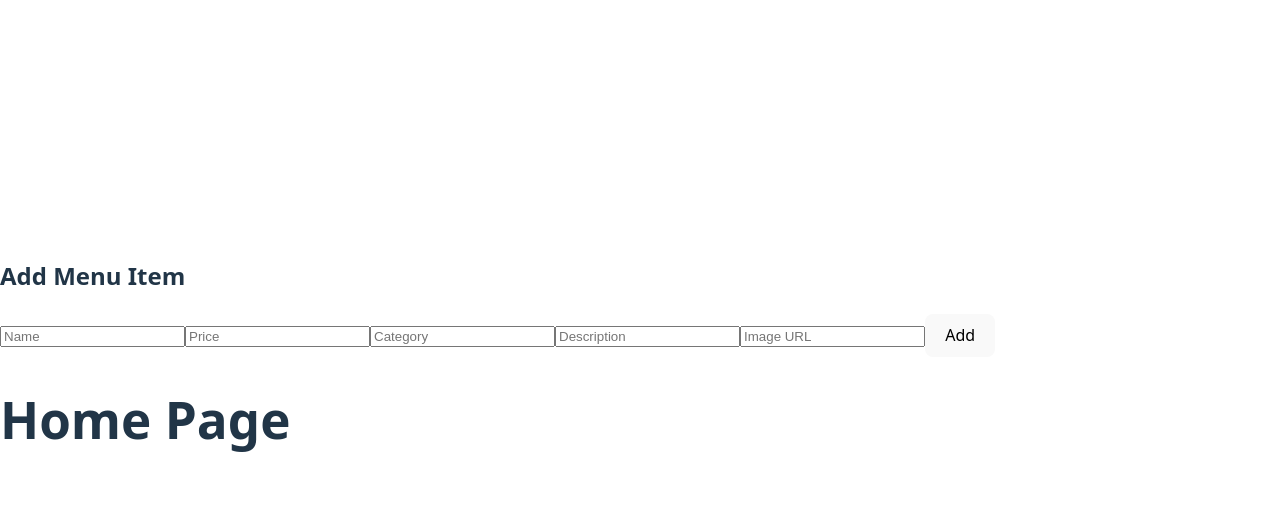
Repository: rushikesh-kolpe21/Hotel
Page: / (app in Admin/)
These files come from the project's save history. The page is drawn as it stood at one moment and after the next save; the edit follows.
The browser window is 1280 px wide. The pictures show the whole page.
The page's requests for data from a server got no answer. The project was rebuilt for these pictures with package versions that can differ from the ones it lists, and the page was loaded fresh each time. No one was signed in, and anything a server would have sent is missing. Also part of the build but not shown: Admin/vite.config.js.

Above is the page before, as saved 2025-12-03 23:35:24.

### Admin/src/App.jsx

import {MenuManagement} from "./Pages/MenuMangement.jsx";
import {Home} from "./Pages/Home.jsx";

function App() {
  return (
    <div>
      <MenuManagement />
      <Home />
    </div>
  );
}

export default App;

### Admin/src/Pages/MenuMangement.jsx
import React, { useState } from "react";
import axios from "axios";

const API = axios.create({
  baseURL: import.meta.env.VITE_API_URL || "http://localhost:5000",
});

export const MenuManagement = () => {
  const [form, setForm] = useState({
    name: "",
    price: "",
    category: "",
    description: "",
    // image: "",
  });

  const onChange = (event) =>
    setForm({ ...form, [event.target.name]: event.target.value }); //

  const onSubmit = async (event) => {
    event.preventDefault();// stop form submission
    try {
      await API.post("/api/menu", form); //
      alert("Menu item added!");
      setForm({ name: "", price: "", category: "", description: "", image: "" });
    } catch (err) {
      alert("Failed to add");
      console.log(err);
    }
  };

  return (
    <div>
      <h2>Add Menu Item</h2>
      <form onSubmit={onSubmit}>
        <input name="name" value={form.name} onChange={onChange} placeholder="Name" required />
        <input name="price" value={form.price} onChange={onChange} placeholder="Price" required />
        <input name="category" value={form.category} onChange={onChange} placeholder="Category" />
        <input name="description" value={form.description} onChange={onChange} placeholder="Description" />
        <input name="image" value={form.image} onChange={onChange} placeholder="Image URL" />
        <button type="submit">Add</button>
      </form>
    </div>
  );
}

### Admin/src/Pages/Home.jsx
import React, { useEffect, useState } from "react";

export const Home = () => {
  const [data, setData] = useState([]);

  useEffect(() => {
    fetch("http://localhost:5000/api/menu") // backend ka API call
      .then((res) => res.json())
      .then((result) => setData(result))
      .catch((err) => console.log(err));
  }, []);

  return (
    <div>
      <h1>Home Page</h1>

      {data.map((item) => (
        <div key={item._id}>
          <h3>{item._id}</h3>
          <h3>{item.name}</h3>
          <h3>{item.price}</h3>
          <h3>{item.category}</h3>
          <h3>{new Date(item.createdAt).toLocaleString()}</h3>
          <p>{item.description}</p>
        </div>
      ))}
    </div>
  );
};

//

Loaded but not shown: Admin/index.html (common file); Admin/src/main.jsx (common file); Admin/src/index.css (common file)

After the next save:
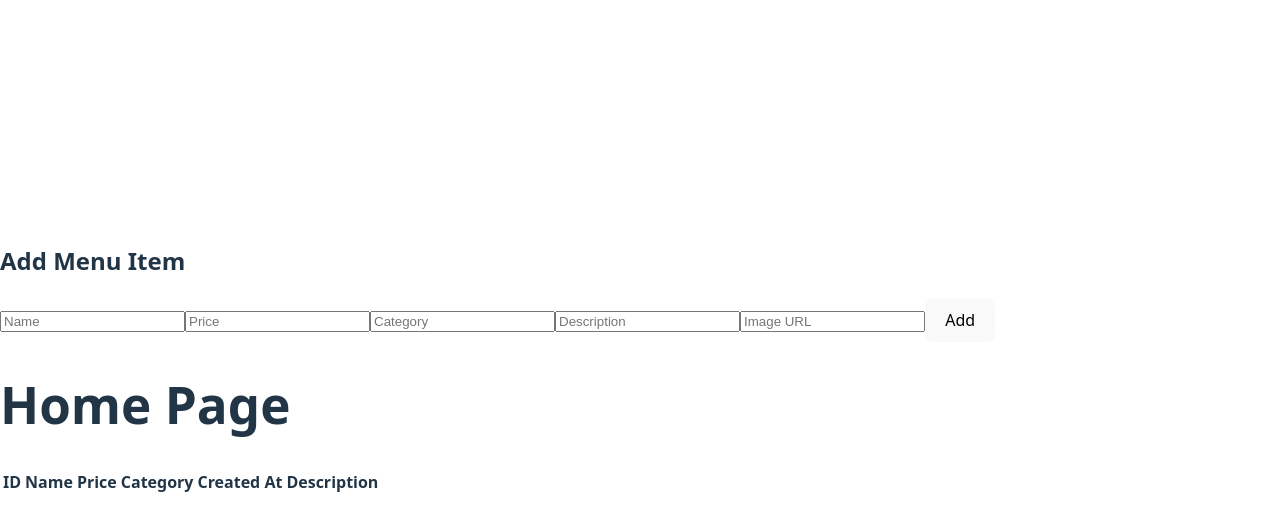
Saved 2 min 41 s later.
--- a/Admin/src/Pages/Home.jsx
+++ b/Admin/src/Pages/Home.jsx
@@ -4,7 +4,7 @@ export const Home = () => {
   const [data, setData] = useState([]);
 
   useEffect(() => {
-    fetch("http://localhost:5000/api/menu") // backend ka API call
+    fetch("http://localhost:5000/api/menu")
       .then((res) => res.json())
       .then((result) => setData(result))
       .catch((err) => console.log(err));
@@ -14,18 +14,31 @@ export const Home = () => {
     <div>
       <h1>Home Page</h1>
 
-      {data.map((item) => (
-        <div key={item._id}>
-          <h3>{item._id}</h3>
-          <h3>{item.name}</h3>
-          <h3>{item.price}</h3>
-          <h3>{item.category}</h3>
-          <h3>{new Date(item.createdAt).toLocaleString()}</h3>
-          <p>{item.description}</p>
-        </div>
-      ))}
+      <table>
+        <thead>
+          <tr>
+            <th>ID</th>
+            <th>Name</th>
+            <th>Price</th>
+            <th>Category</th>
+            <th>Created At</th>
+            <th>Description</th>
+          </tr>
+        </thead>
+
+        <tbody>
+          {data.map((item) => (
+            <tr key={item._id}>
+              <td>{item._id}</td>
+              <td>{item.name}</td>
+              <td>{item.price}</td>
+              <td>{item.category}</td>
+              <td>{new Date(item.createdAt).toLocaleString()}</td>
+              <td>{item.description}</td>
+            </tr>
+          ))}
+        </tbody>
+      </table>
     </div>
   );
 };
-
-//
